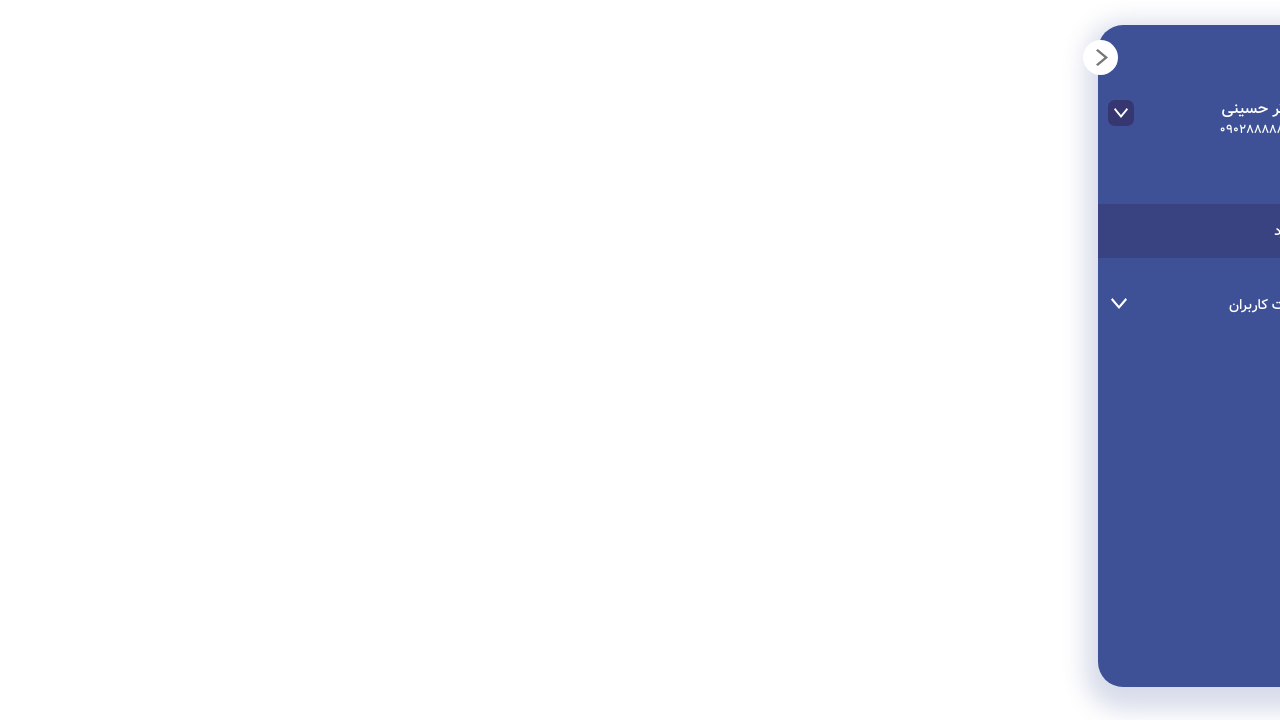
Repository: kosar78/quiz-online
Page: manager-panel-dashbord.html
An editor plug-in stored every save of this project. The page is shown before and after the next save, followed by the edit.
The browser window is 1280 px wide. The pictures show the whole page.

Above is the page before, as saved 2021-11-09 02:54:41.

### manager-panel-dashbord.html
<!DOCTYPE html>
<html lang="en">
<head>
    <meta charset="UTF-8">
    <meta name="viewport" content="width=device-width, initial-scale=1.0">
    <link rel="stylesheet" href="css/manager-panel.css">
    <link rel="stylesheet" href="bootstrap_files/css/bootstrap.min.css">
    <script type="text/javascript" src="JQuery_file/jQuery.js"></script>
    <script type="text/javascript" src="bootstrap_files/js/bootstrap.min.js"></script>
    <script type="text/javascript" src="js/manager-panel.js"></script>
    <title>پنل مدیر- داشبورد</title>
</head>
<body>
    <div class="container-fluid">
        <div class="row main-row">
            <div class="col-xl-3 sidebar-parent">
                <div class="resize-sidebar">
                    <img class="resize-right show" src="images/right.svg" alt="">
                    <img class="resize-left hide" src="images/left.svg" alt="">
                </div>
                <div class="sidebar">
                    <ul class="user-profile">
                        <li class="user-img">
                            <img src="images/Cute-Kids-Baby-Girl-Toddler-SDL005498623-2-ce2cf.JPEG" alt="">
                        </li>
                        <li class="user-name-phone">
                            <p class="user-name">
                                کوثر حسینی
                            </p>
                            <p class="user-phone">
                                09028888888
                            </p>
                        </li>
                        <li class="manage-profile">
                            <img class="bottom show" src="images/bottom.svg" alt="">
                            <img class="top hide" src="images/top.svg" alt="">
                        </li>
                    </ul>
                    <div class="manage-profile-menubar hide">
                        <div>
                            <ul class="mp-menubar">
                                <li><img src="images/manage-profile-icon.svg" alt="" class="mp-icon"></li>
                                <li class="mp-name">
                                    پروفایل
                                </li>
                            </ul>
                            <ul class="mp-menubar">
                                <li><img src="images/change-pass-icon.svg" alt="" class="mp-icon"></li>
                                <li class="mp-name">
                                    تغییر رمز عبور
                                </li>
                            </ul>
                            <ul class="mp-menubar">
                                <li><img src="images/profile-manage-exit-icon.svg" alt="" class="mp-icon"></li>
                                <li class="mp-name">
                                    خروج
                                </li>
                            </ul>
                        </div>
                    </div>
                    <ul class="sidebar-case active-case dashbord">
                        <div class="v-line"></div>
                        <li class="case-icon">
                            <img src="images/dashbord-icon.svg" alt="">
                        </li>
                        <li class="case-name">
                            داشبورد
                        </li>
                    </ul>
                    <ul class="sidebar-case user-management">
                        <div class="v-line"></div>
                        <li class="case-icon">
                            <img src="images/user-management-icon.svg" alt="">
                        </li>
                        <li class="case-name">
                            مدیریت کاربران
                        </li>

                        <li class="user-mangement-cases-icon">
                            <img id="user-mangement-cases-icon-bottom" class="show" src="images/bottom.svg" alt="">
                            <img id="user-mangement-cases-icon-top" class="hide" src="images/top.svg" alt="">
                        </li>
                    </ul>
                    <div class="user-management-cases hide">
                        <ul class="user-management-case">
                            <li class="umc-icon"><img src="images/teacher-icon-hide.svg" alt=""></li>
                            <li class="umc-name">
                                استاد
                            </li>
                        </ul>
                        <ul class="user-management-case">
                            <li class="umc-icon"><img src="images/student-icon-hide.svg" alt=""></li>
                            <li class="umc-name">
                                دانشجو
                            </li>
                        </ul>
                        <ul class="user-management-case">
                            <li class="umc-icon"><img src="images/course-icon-hide.svg" alt=""></li>
                            <li class="umc-name">
                                درس
                            </li>
                        </ul>
                    </div>
                </div>
            </div>
            <div class="col-xl-9 left-side">

            </div>
        </div>
    </div>
</body>
</html>

### css/manager-panel.css
@font-face {
    font-family: FirstFont;
    src:url(../font/Vazir-Medium.woff2) format('woff2');
    src:url(../font/Vazir-Medium-FD-WOL.woff2) format('woff2');
  }
* {
    margin: 0;
    padding: 0;
    user-select: none;
    -moz-user-select: none;
    -khtml-user-select: none;
    -webkit-user-select: none;
    -o-user-select: none;
    text-align: right;
    text-decoration:none;
}
html body {
    direction: rtl;
    font-family:FirstFont;
    text-align: center;

}

ul li{
    display: inline-block;
    list-style: none;
}
.sidebar-parent{
    padding: 25px;

    position: relative;
}
.main-row{
    padding-right: 15px;
}
.sidebar{
    width: 100%;
    height: 92vh;
    background-color: #3E5196;
    border-radius: 25px;
    box-shadow: 0px 10px 23px 13px rgba(62, 81, 150, 0.2);

}
.resize-sidebar{
    border-radius: 50%;
    width: 35px;
    text-align: center;
    height: 35px;
    position: absolute;
    padding-top: 9px;
    top: 40px;
    background: #fff;
    padding-right: 10px;
    left: 0;
    cursor: pointer;
}
.resize-sidebar img{
    width: 12px;
}
.user-img img{
    width: 55px;
    height: 55px;
    border-radius: 50%;
}
.user-profile{
    padding-right: 15px;
    padding-top: 60px;

}
.user-name-phone p{
    margin-bottom: 0 !important;
    color: #fff;
}
.user-name-phone{
    position: relative;
    top: 12px;
    right: 10px;
    width: 59%;
}
.user-phone{
    font-size: 12px;
}
.user-name{
    /* width: 140px; */
    height: auto;
}
.manage-profile{
    background-color: #363671;
    padding: 8px 6px;
    border-radius: 7px;
    cursor: pointer;
    position: absolute;
    left: 25px;
    margin-top: 15px;
}
.manage-profile img{
    width: 14px;
}
.sidebar-case{
    padding-right: 25px;
    padding-top: 15px;
    padding-bottom: 15px;
    margin-bottom: 0px !important;
    margin-top: 20px;

}
.dashbord{
    margin-top: 60px;
}
.sidebar-case li{
    cursor: pointer;
}
.active-case .v-line{
    background: #fff;
    width: 8px;
    position: absolute;
    height: 54px;
    top: 0;
    right: 0;
}
.active-case{
    background: rgba(54, 54, 113, 0.5);
    position: relative;
}
.case-name{
    width: 64%;
    color: #fff;
    margin-right: 15px;
    font-size: 14px;
}
.user-management .case-name{
    margin-right: 9px;
}
.user-management-case{
    margin-bottom: 0px !important;
    padding: 10px 0;
}
.user-management-case li{
    cursor: pointer;
}
.user-management-case .umc-icon img{
    width: 25px;
}
.user-management-cases{
    padding-right: 65px;
}
.user-management-case .umc-name{
    font-size: 15px;
    color: rgba(255, 255, 255, 0.8);
    padding-right: 12px;
}
.manage-profile-menubar{
    left: 25px;
    margin-top: -25px;
    position: absolute;
    z-index: 1;
}
.manage-profile-menubar div{

    background-color: #363671;
    border-radius: 10px;
    width: max-content;
    transition: all 0.4s cubic-bezier(0.39, 0.58, 0.57, 1);
}
.manage-profile-menubar .mp-menubar{
    margin-bottom: 0;
    padding: 15px;
}
.manage-profile-menubar .mp-name{
    color: #fff;
    font-size: 13px;
    padding-right: 12px;
    padding-left: 25px;
}
.manage-profile-menubar .mp-menubar li{
    cursor: pointer;
}
.user-mangement-cases-icon{
    position: absolute;
    left: 28px;
    margin-top:5px;
}
.hide{
    display: none;
}
.show{
    display: block;
}

.small-sidebar .user-profile {
    padding-right: 10px;
}
.small-sidebar .user-name-phone,
.small-sidebar .case-name,
.small-sidebar .mp-name,
.small-sidebar .umc-name{
    display: none;
}
.small-sidebar .manage-profile{
    left: 40px;
    margin-top: 46px;
}
.small-sidebar .manage-profile-menubar {
    left: 29px;
    margin-top: 6px;
}
.small-sidebar .user-management-cases {
    padding-right: 25px;
}
.small-sidebar .user-mangement-cases-icon{
    display: none;
}

### js/manager-panel.js
$(document).ready(function(){
    $(".manage-profile").click(function(){
        if($(".bottom").hasClass("show")){
            $(".bottom").removeClass("show")
            $(".bottom").addClass("hide")
            $(".top").addClass("show")
            $(".top").removeClass("hide")
            $(".manage-profile-menubar").removeClass("hide")
            $(".manage-profile-menubar").addClass("show")
        }
        else if($(".bottom").hasClass("hide")){
            $(".bottom").removeClass("hide")
            $(".bottom").addClass("show")
            $(".top").addClass("hide")
            $(".top").removeClass("show")
            $(".manage-profile-menubar").removeClass("show")
            $(".manage-profile-menubar").addClass("hide")
        }

    })

    $(".user-management li").click(function(){
        if($("#user-mangement-cases-icon-bottom").hasClass("show")){
            $("#user-mangement-cases-icon-bottom").removeClass("show")
            $("#user-mangement-cases-icon-bottom").addClass("hide")
            $("#user-mangement-cases-icon-top").addClass("show")
            $("#user-mangement-cases-icon-top").removeClass("hide")
            $(".user-management-cases").removeClass("hide")
            $(".user-management-cases").addClass("show")
        }
        else if($("#user-mangement-cases-icon-bottom").hasClass("hide")){
            $("#user-mangement-cases-icon-bottom").removeClass("hide")
            $("#user-mangement-cases-icon-bottom").addClass("show")
            $("#user-mangement-cases-icon-top").addClass("hide")
            $("#user-mangement-cases-icon-top").removeClass("show")
            $(".user-management-cases").removeClass("show")
            $(".user-management-cases").addClass("hide")
        }

    })
    $(".resize-sidebar").click(function(){
        if($(".resize-right").hasClass("show")){
            $(".resize-right").removeClass("show")
            $(".resize-right").addClass("hide")
            $(".resize-left").addClass("show")
            $(".resize-left").removeClass("hide")
            $(".sidebar-parent").removeClass("col-xl-3")
            $(".sidebar-parent").addClass("col-xl-1")
            $(".left-side").removeClass("col-xl-9")
            $(".left-side").addClass("col-xl-11")
            $(".sidebar-parent").addClass("small-sidebar")
        }
        else if($(".resize-right").hasClass("hide")){
            $(".resize-right").removeClass("hide")
            $(".resize-right").addClass("show")
            $(".resize-left").addClass("hide")
            $(".resize-left").removeClass("show")
            $(".sidebar-parent").addClass("col-xl-3")
            $(".sidebar-parent").removeClass("col-xl-1")
            $(".left-side").addClass("col-xl-9")
            $(".left-side").removeClass("col-xl-11")
            $(".sidebar-parent").removeClass("small-sidebar")
        }

    })

})

Loaded but not shown: bootstrap_files/css/bootstrap.min.css (library); JQuery_file/jQuery.js (library); bootstrap_files/js/bootstrap.min.js (library)

After the next save:
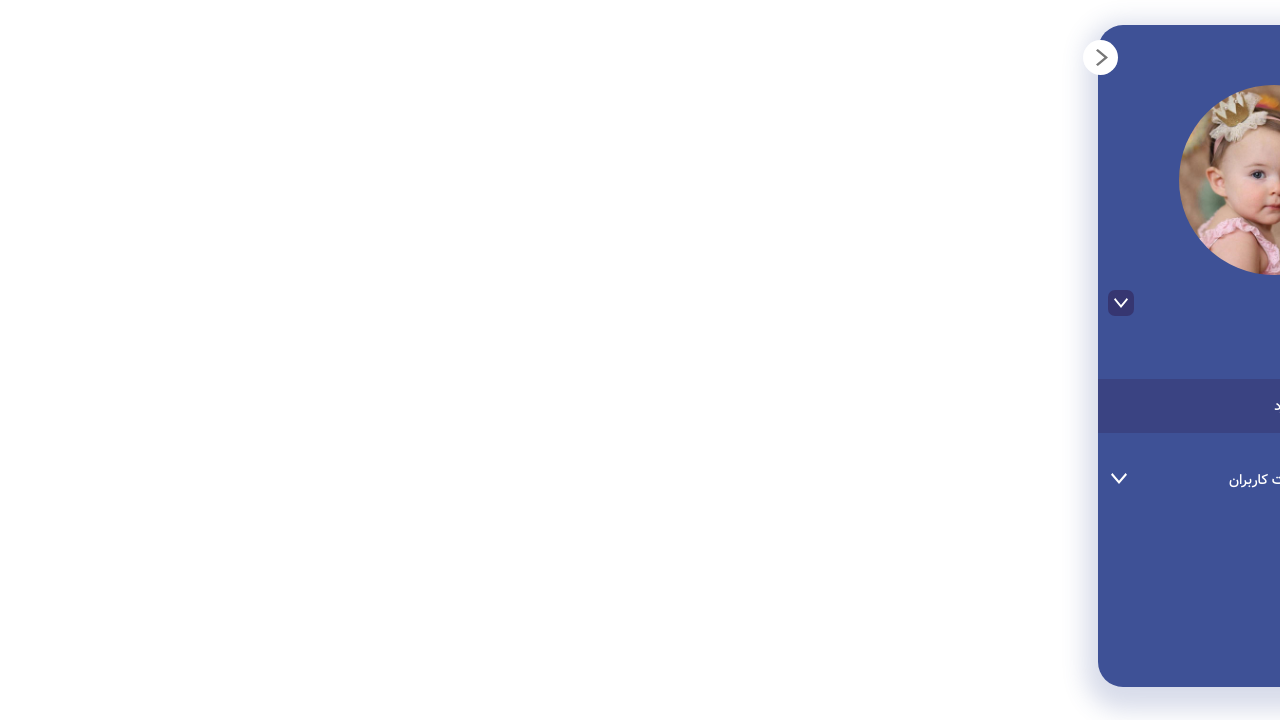
Saved 18 h 5 min later.
--- a/css/manager-panel.css
+++ b/css/manager-panel.css
@@ -210,3 +210,10 @@ ul li{
 .small-sidebar .user-mangement-cases-icon{
     display: none;
 }
+
+@media(min-width:1200px){
+    .user-img img {
+        width: 70%;
+        height: 70%;
+    }
+}

After the save that followed:
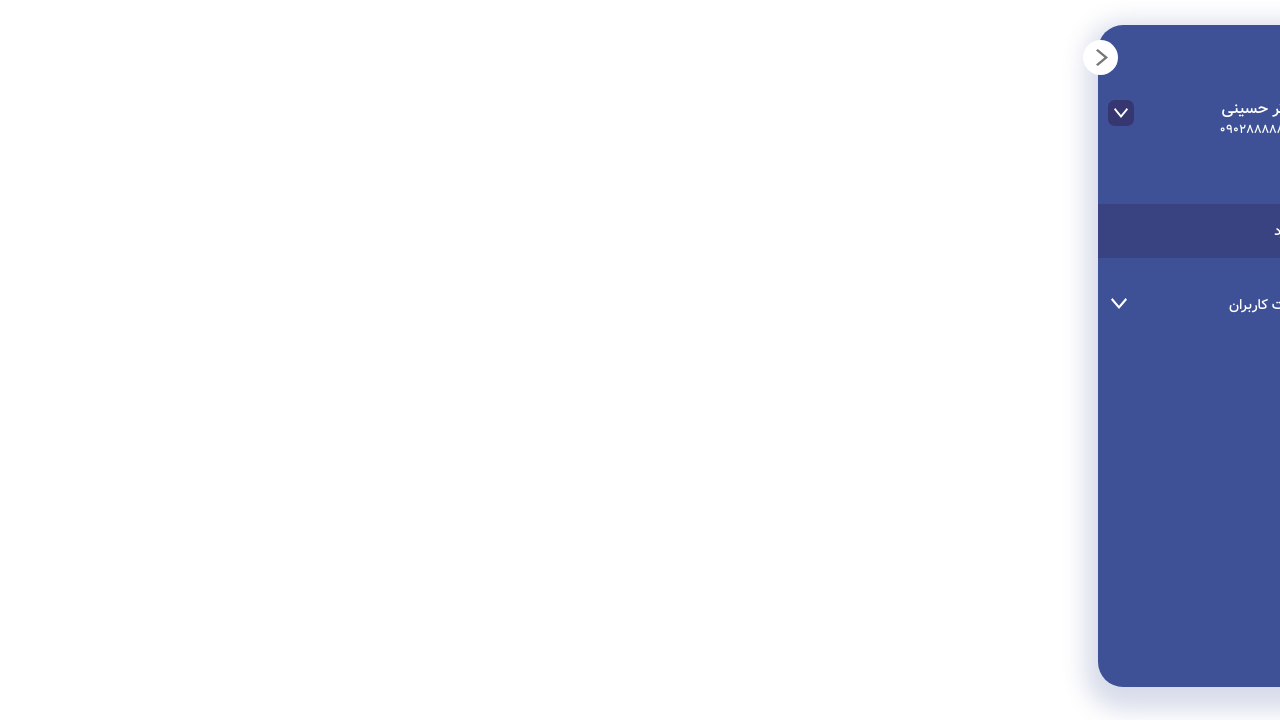
Saved 2 min 26 s later.
--- a/css/manager-panel.css
+++ b/css/manager-panel.css
@@ -212,8 +212,5 @@ ul li{
 }
 
 @media(min-width:1200px){
-    .user-img img {
-        width: 70%;
-        height: 70%;
-    }
-}
+
+}
